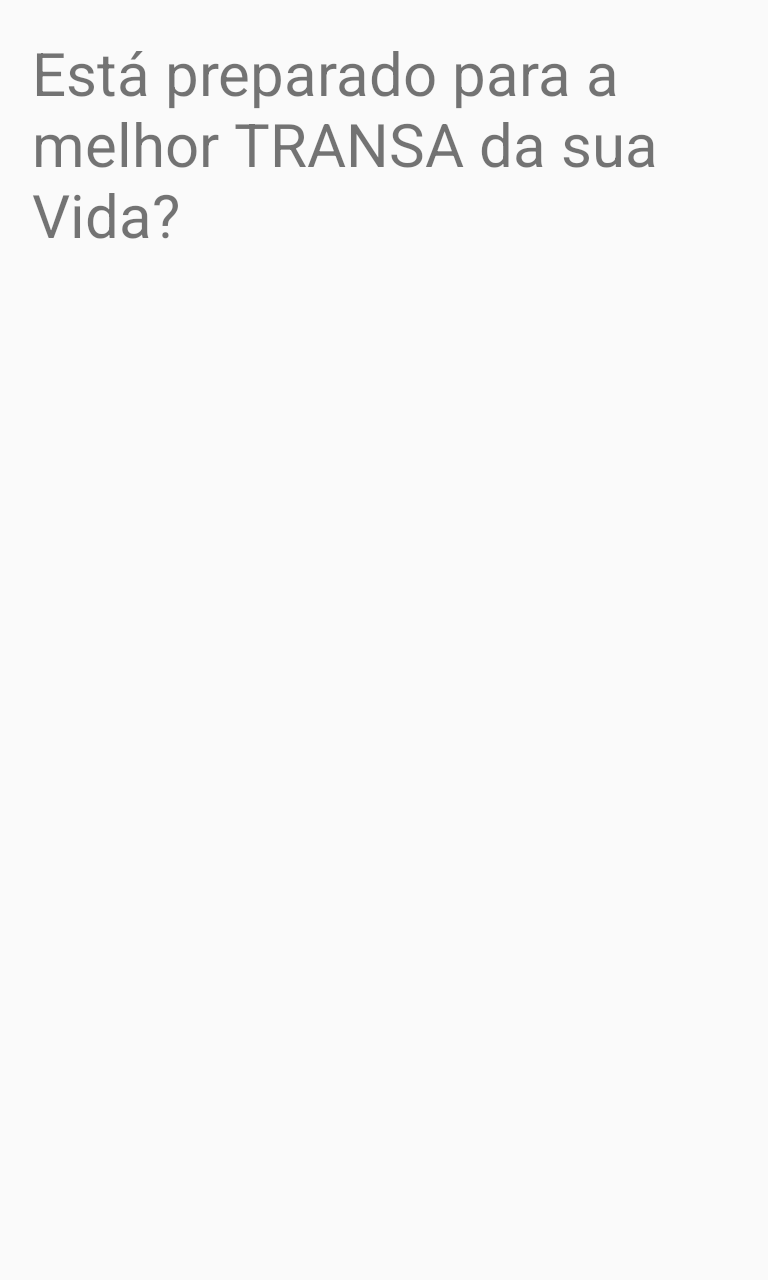
Repository: Cookahn/bioca_sounds
Layout: ChicoBiocaApp/res/layout/fragment_main.xml
These files come from the project's save history. The layout is drawn as it stood at one moment and after the next save; the edit follows.
It is drawn on a 768 x 1280 px phone screen (xhdpi) without system bars, with theme AppTheme; the app's code is not run.

Above is the layout before, as saved 2014-08-11 19:29:14.

### ChicoBiocaApp/res/layout/fragment_main.xml
<RelativeLayout xmlns:android="http://schemas.android.com/apk/res/android"
    xmlns:tools="http://schemas.android.com/tools"
    android:layout_width="match_parent"
    android:layout_height="match_parent"
    android:paddingBottom="@dimen/activity_vertical_margin"
    android:paddingLeft="@dimen/activity_horizontal_margin"
    android:paddingRight="@dimen/activity_horizontal_margin"
    android:paddingTop="@dimen/activity_vertical_margin"
    tools:context="com.example.chicobiocaapp.MainActivity$PlaceholderFragment" >

    <TextView
        android:layout_width="wrap_content"
        android:layout_height="wrap_content"
        android:text="@string/are_you_ready"
        android:textSize="30dp" />

</RelativeLayout>

### ChicoBiocaApp/res/values/strings.xml
<?xml version="1.0" encoding="utf-8"?>
<resources>

    <string name="app_name">Chico Bioca Remix</string>
    <string name="are_you_ready">Está preparado para a melhor TRANSA da sua Vida?</string>
    <string name="action_settings">Settings</string>

</resources>

Loaded but not shown: ChicoBiocaApp/res/values/styles.xml (common file); ChicoBiocaApp/res/values-v11/styles.xml (common file); ChicoBiocaApp/res/values-v14/styles.xml (common file); ChicoBiocaApp/res/values/dimens.xml (common file); ChicoBiocaApp/res/values-w820dp/dimens.xml (common file)

After the next save:
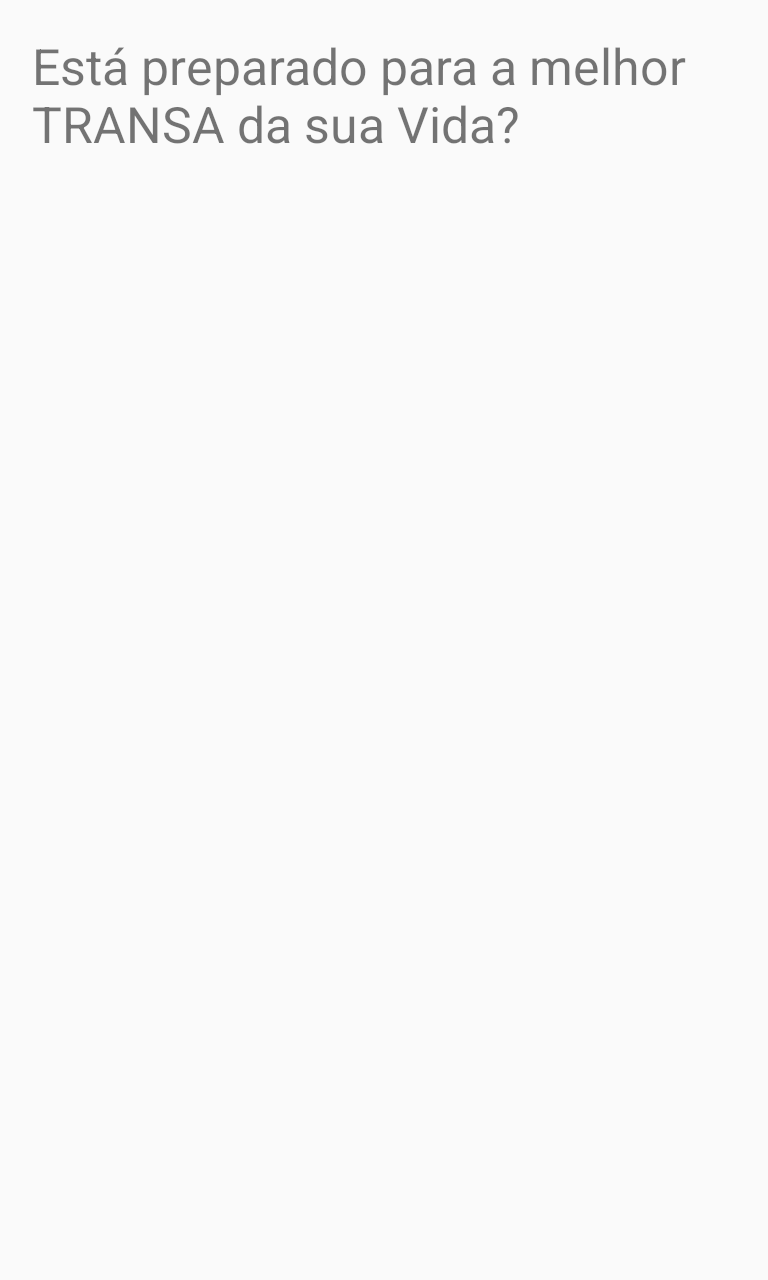
Saved 8 s later.
--- a/ChicoBiocaApp/res/layout/fragment_main.xml
+++ b/ChicoBiocaApp/res/layout/fragment_main.xml
@@ -12,6 +12,6 @@
         android:layout_width="wrap_content"
         android:layout_height="wrap_content"
         android:text="@string/are_you_ready"
-        android:textSize="30dp" />
+        android:textSize="25sp" />
 
 </RelativeLayout>
